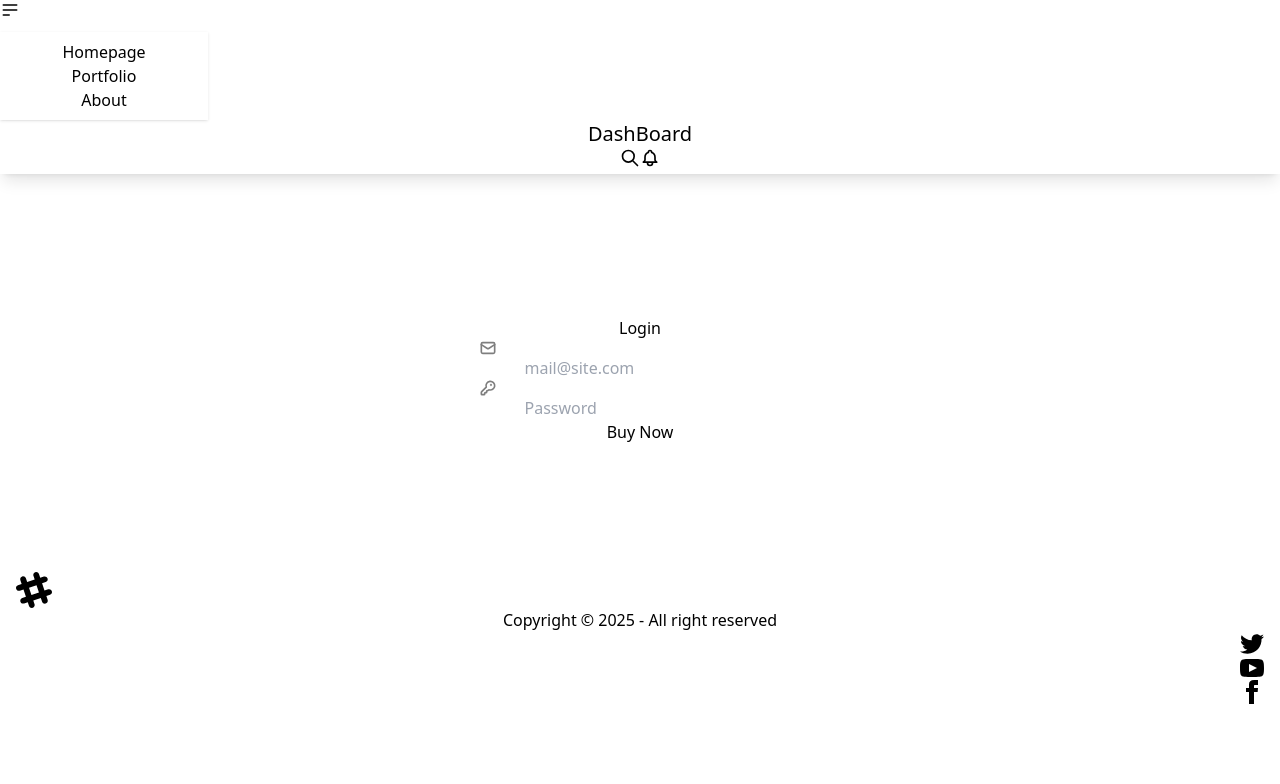
Repository: ROHIT8804/devTinderFrontEnd
Page: /login (app in devTinder-Web/)
The author's editor kept a copy of each file at every save. The page is drawn from the files as they stood at one save, then again after the next save.
The browser window is 1280 px wide. The pictures show the whole page.
The project was rebuilt for these pictures with package versions that can differ from the ones it lists, and the page was loaded fresh each time. Also part of the build but not shown: devTinder-Web/vite.config.js, devTinder-Web/src/Profile.jsx.

Above is the page before, as saved 2025-07-26 16:56:30.

After the next save:
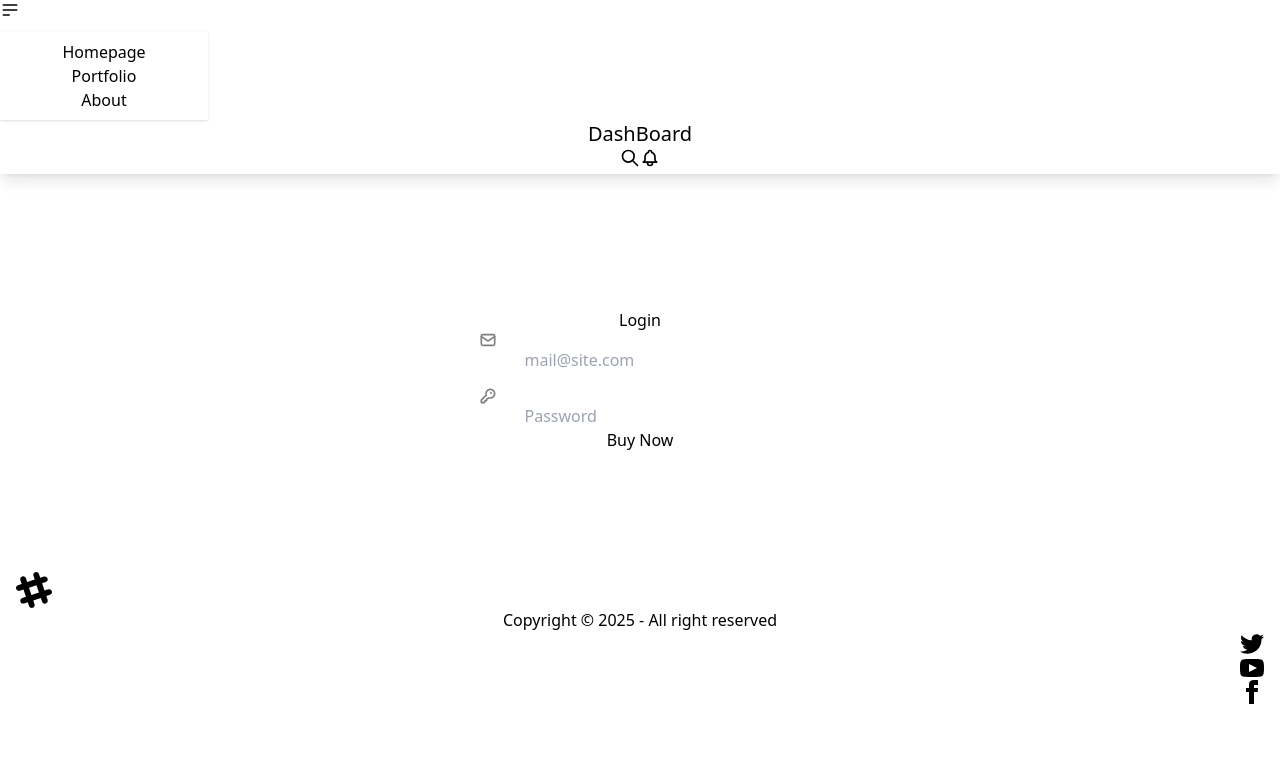
Saved 22 s later.
--- a/devTinder-Web/src/Login.jsx
+++ b/devTinder-Web/src/Login.jsx
@@ -25,7 +25,7 @@ function Login() {
           </label>
           <div className="validator-hint hidden">Enter valid email address</div>
         </div>
-        <div className="margin-top-4">
+        <div className="mt-4">
           <label className="input validator">
             <svg
               className="h-[1em] opacity-50"
